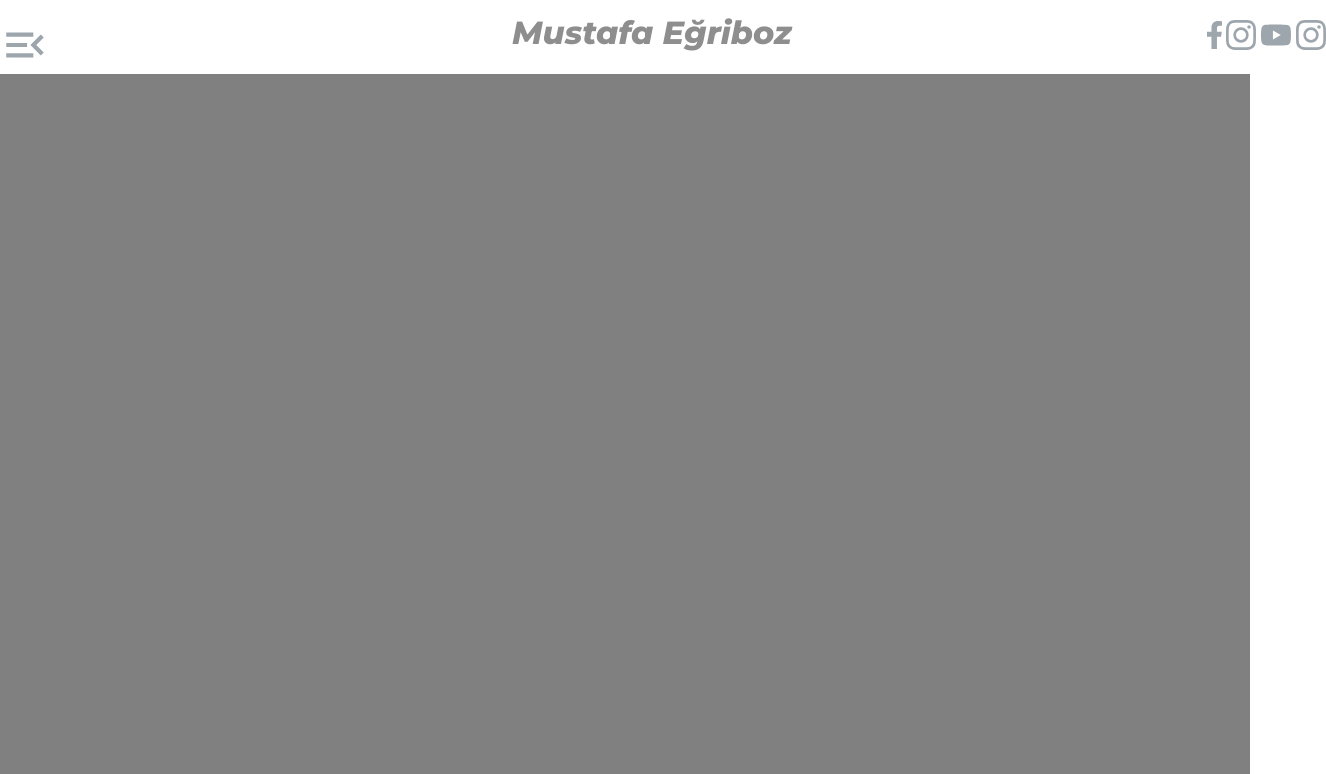
Repository: CengoCengo/m.e-gallery-web-site
Page: index.html
The author's editor kept a copy of each file at every save. The page is drawn from the files as they stood at one save, then again after the next save.
The browser window is 1280 px wide. The page is 1326 px wide, then 1325 px, then 1326 px, so the pictures cover 1326 px, including what lies to the right of the window. The pictures show the whole page.

Above is the page before, as saved 2021-02-06 14:53:48.
Console error: TypeError: Cannot read properties of null (reading 'style')

After the next save:
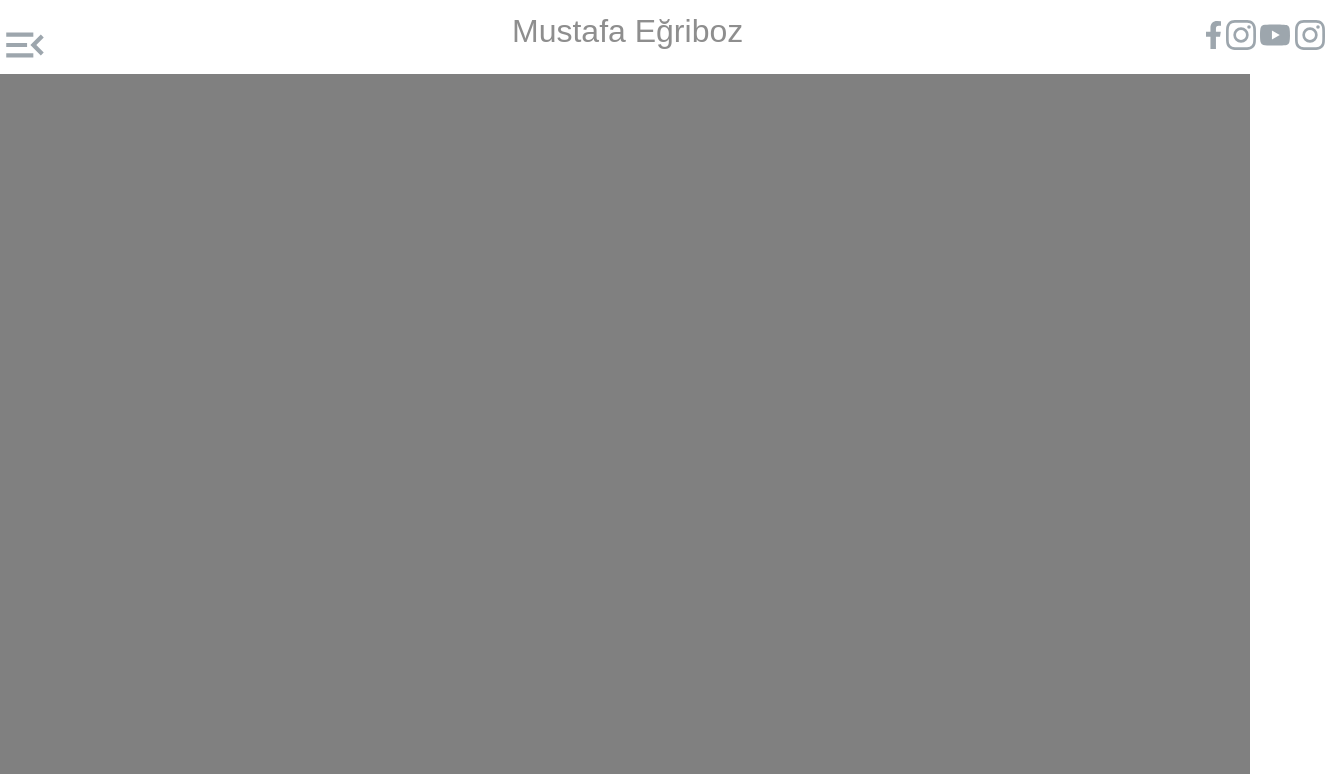
Saved 6 min 58 s later.
--- a/styles/style.css
+++ b/styles/style.css
@@ -1,7 +1,9 @@
 *{
     margin: 0;
     padding: 0;
-    font-family:  'Montserrat', sans-serif;
+    font-family: effra, sans-serif;
+font-style: normal;
+font-weight: 300;
 
 
 }

After the save that followed:
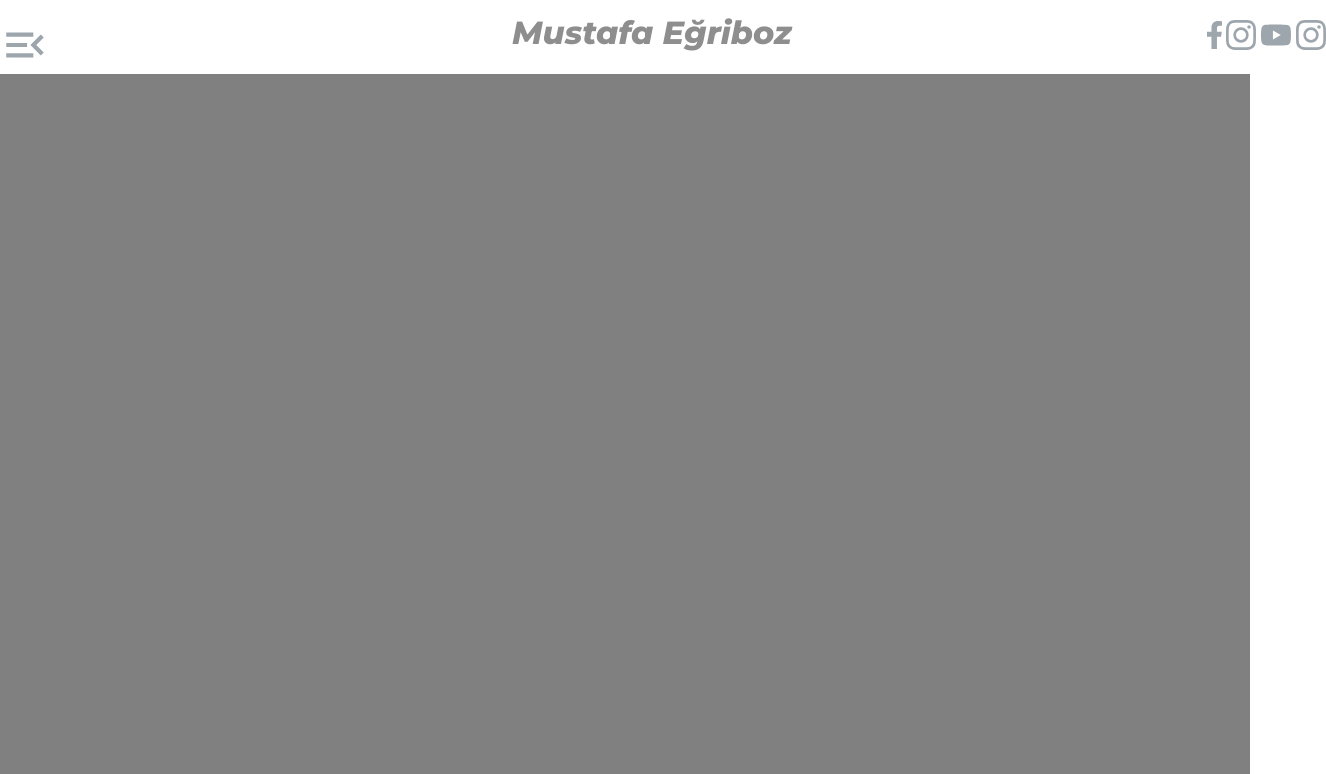
Saved 32 s later.
--- a/styles/style.css
+++ b/styles/style.css
@@ -1,9 +1,7 @@
 *{
     margin: 0;
     padding: 0;
-    font-family: effra, sans-serif;
-font-style: normal;
-font-weight: 300;
+    font-family:  'Montserrat', sans-serif;
 
 
 }
